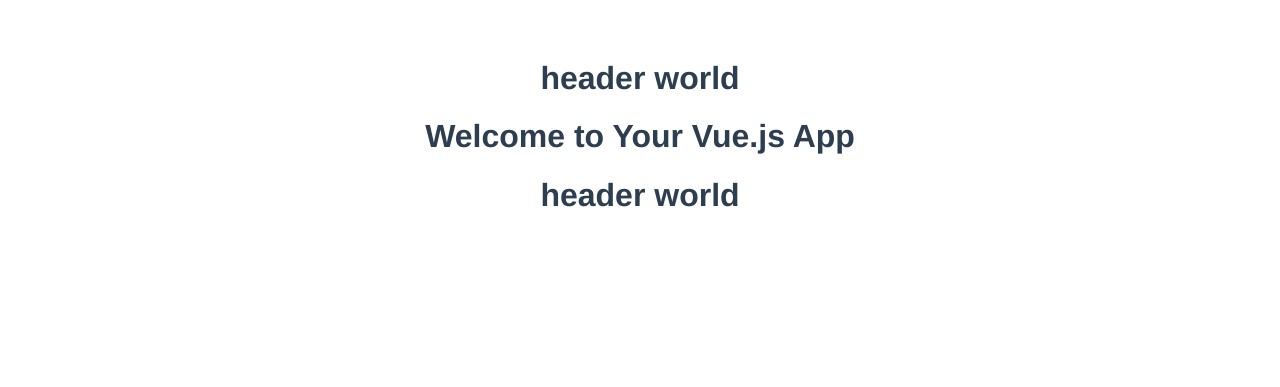
Repository: anhthu112/Todo-list
Page: /
An editor plug-in stored every save of this project. The page is shown before and after the next save, followed by the edit.
The browser window is 1280 px wide. The pictures show the whole page.
The project was rebuilt for these pictures with package versions that can differ from the ones it lists, and the page was loaded fresh each time. Also part of the build but not shown: vue.config.js.

Above is the page before, as saved 2024-01-22 14:32:09.

After the next save:
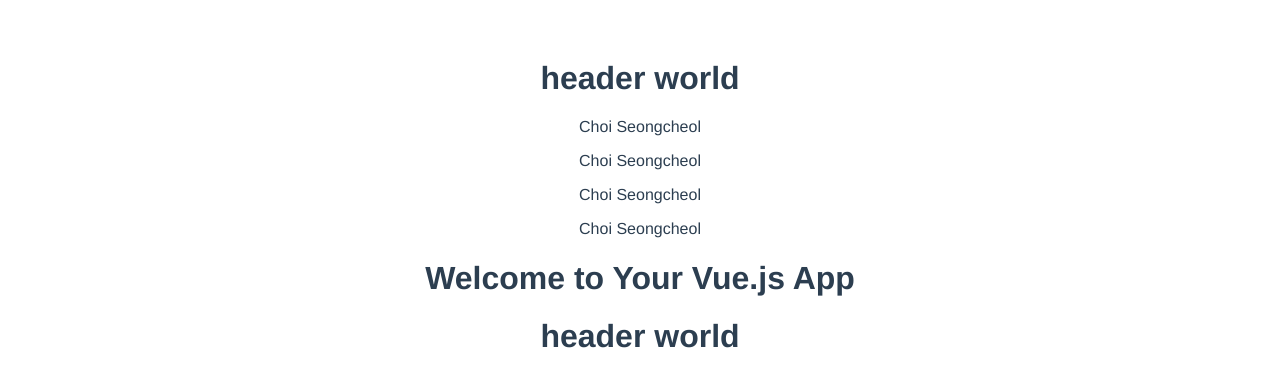
Saved 2 min 50 s later.
--- a/src/components/ListUser.vue
+++ b/src/components/ListUser.vue
@@ -11,8 +11,9 @@
     export default {
         name: 'list-user',
         props:{
-            type:Array,
-            default:[]
+            listUser:{
+
+            }
         },
         data (){
             return {
